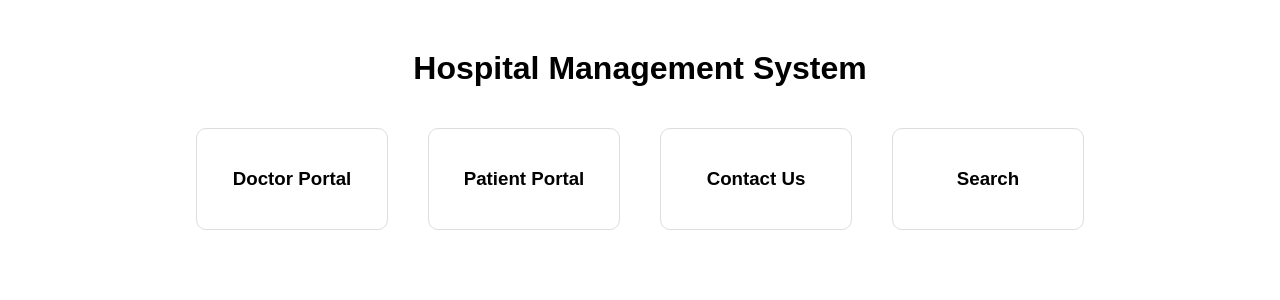
Repository: jaytriggz/Hospital-Management-System
Page: index.html
The author's editor kept a copy of each file at every save. The page is drawn from the files as they stood at one save, then again after the next save.
The browser window is 1280 px wide. The pictures show the whole page.

Above is the page before, as saved 2024-07-04 15:30:17.

After the next save:
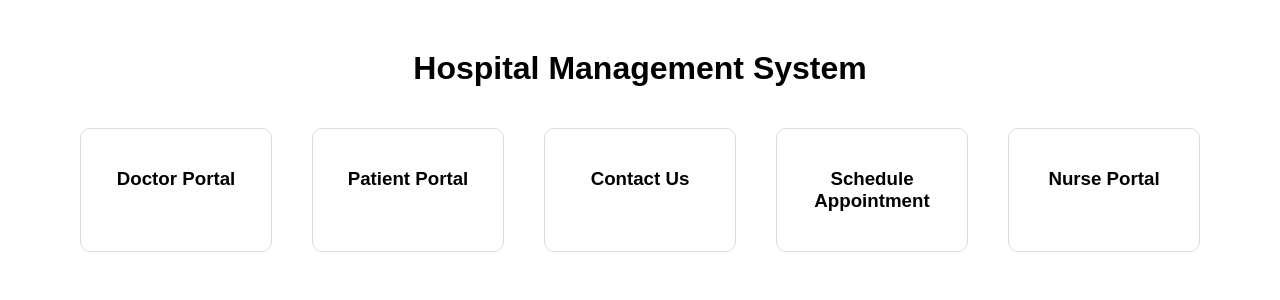
Saved 8 min 31 s later.
--- a/index.html
+++ b/index.html
@@ -44,7 +44,10 @@
                 <h3>Contact Us</h3>
             </div>
             <div class="icon" onclick="location.href='schedule_appointment.html'">
-                <h3>Search</h3>
+                <h3>Schedule Appointment</h3>
+            </div>
+            <div class="icon" onclick="location.href='nurse_portal.html'">
+                <h3>Nurse Portal</h3>
             </div>
         </div>
     </div>
